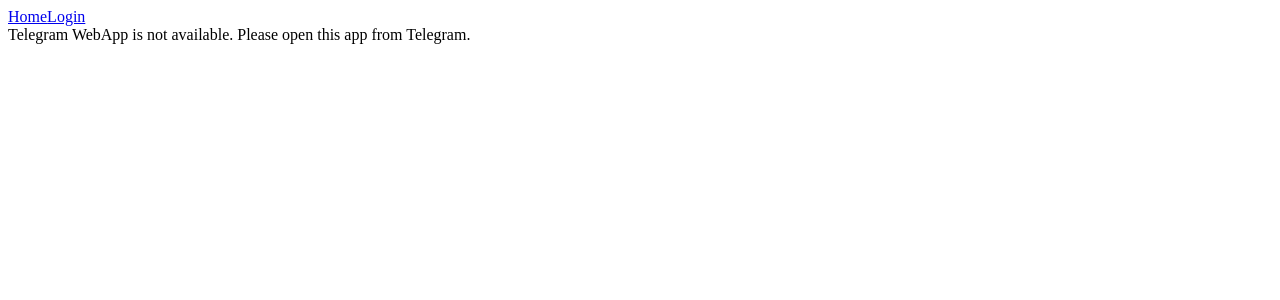
Repository: voyagebagage/voting-app
Page: /login
These files come from the project's save history. The page is drawn as it stood at one moment and after the next save; the edit follows.
The browser window is 1280 px wide. The pictures show the whole page.
The project was rebuilt for these pictures with package versions that can differ from the ones it lists, and the page was loaded fresh each time. The framework's server and built-in components were replaced by stand-ins that run in the browser. Also part of the build but not shown: next.config.mjs.

Above is the page before, as saved 2024-08-29 19:16:29.

### src/app/layout.tsx
import { Suspense, ReactNode } from "react";
import Script from "next/script";
import Link from "next/link";
import Head from "next/head";

interface RootLayoutProps {
  children: ReactNode;
}

export default function RootLayout({ children }: RootLayoutProps) {
  return (
    <html lang="en">
      <head>
        <Script
          src="https://telegram.org/js/telegram-web-app.js"
          strategy="beforeInteractive"
        />
        {/* <>
          <title>Voting app</title>
          <meta charSet="utf-8" />
          <meta name="viewport" content="width=device-width, initial-scale=1" />
          <Script
            src="https://telegram.org/js/telegram-webapp.js"
            strategy="beforeInteractive"
          />
        </> */}
      </head>
      <body suppressHydrationWarning={true}>
        <nav>
          <Link href="/">Home</Link>
          <Link href="/login">Login</Link>
        </nav>
        <Suspense fallback={<div>Loading...</div>}>{children}</Suspense>
      </body>
    </html>
  );
}

### src/app/login/page.tsx
"use client";

import { useEffect, useState } from "react";
import { useRouter } from "next/navigation";
import Script from "next/script";

interface TelegramUser {
  id: number;
  first_name: string;
  last_name?: string;
  username?: string;
  photo_url?: string;
  auth_date: number;
  hash: string;
}

interface LoginProps {
  onLogin: (user: TelegramUser) => void;
}

declare global {
  interface Window {
    Telegram: {
      WebApp: {
        ready: () => void;
        initDataUnsafe: {
          user?: TelegramUser;
        };
      };
    };
  }
}

export default function Login({ onLogin }: LoginProps) {
  const router = useRouter();
  const [isLoading, setIsLoading] = useState(true);
  const [error, setError] = useState<string | null>(null);

  useEffect(() => {
    const initTelegramApp = () => {
      if (window.Telegram?.WebApp) {
        window.Telegram.WebApp.ready();
        const user = window.Telegram.WebApp.initDataUnsafe.user;

        if (user) {
          console.log("Logged in as", user);
          setIsLoading(true);
          fetch("/api/auth/telegram", {
            method: "POST",
            headers: {
              "Content-Type": "application/json",
            },
            body: JSON.stringify(user),
          })
            .then((response) => response.json())
            .then((data) => {
              console.log("Auth response:", data);
              if (data.token) {
                localStorage.setItem("token", data.token);
                onLogin(user);
                router.push("/");
              } else {
                throw new Error("No token received");
              }
            })
            .catch((error) => {
              console.error("Error:", error);
              setError("Failed to authenticate. Please try again.");
            })
            .finally(() => {
              setIsLoading(false);
            });
        } else {
          setError(
            "No user data available. Please open this app from Telegram."
          );
          setIsLoading(false);
        }
      } else {
        setError(
          "Telegram WebApp is not available. Please open this app from Telegram."
        );
        setIsLoading(false);
      }
    };

    initTelegramApp();
  }, [router, onLogin]);

  if (isLoading) {
    return <div className="spinner">Loading...</div>;
  }

  if (error) {
    return <div className="error text-red-500">{error}</div>;
  }

  return (
    <div className="flex flex-col items-center justify-center min-h-screen py-2">
      <h1 className="text-4xl mb-4">Welcome to Voting App</h1>
      <p>Please wait while we authenticate you...</p>
    </div>
  );
}

After the next save:
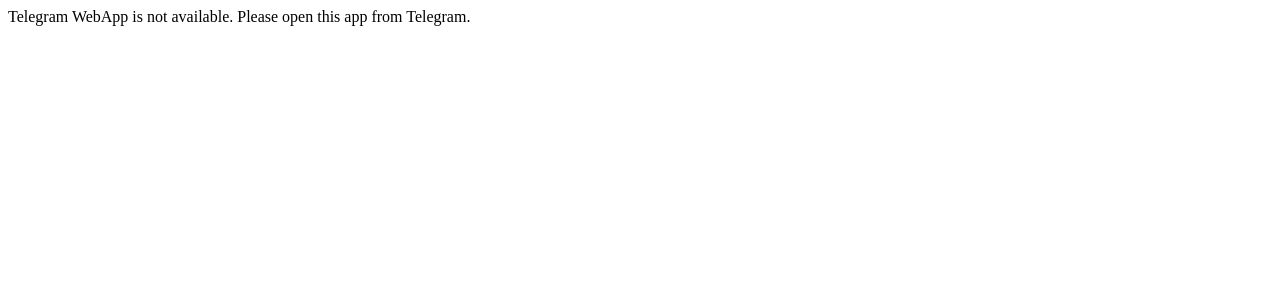
Saved 4 s later.
--- a/src/app/layout.tsx
+++ b/src/app/layout.tsx
@@ -26,10 +26,6 @@
         </> */}
       </head>
       <body suppressHydrationWarning={true}>
-        <nav>
-          <Link href="/">Home</Link>
-          <Link href="/login">Login</Link>
-        </nav>
         <Suspense fallback={<div>Loading...</div>}>{children}</Suspense>
       </body>
     </html>
